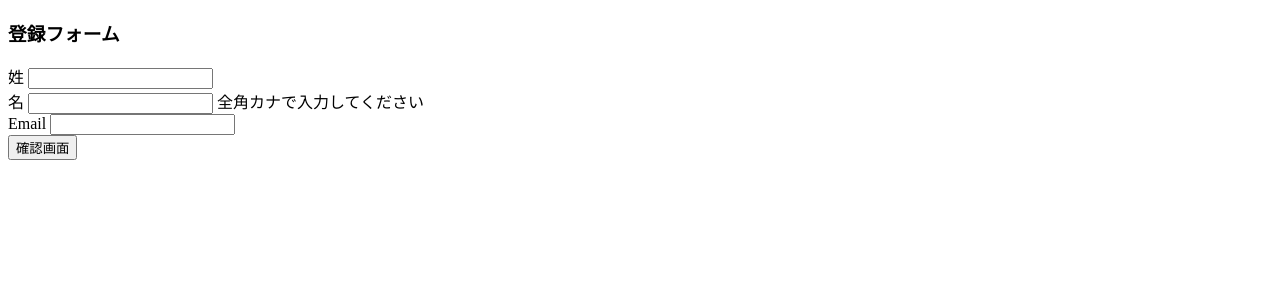
Repository: yoshiryoryo/phpform
Page: http://localhost/register.php
An editor plug-in stored every save of this project. The page is shown before and after a run of saves, followed by the edit.
The browser window is 1280 px wide. The pictures show the whole page.
The page is run by PHP 8.4 with error messages shown; the project is at /var/www/html/.

Above is the page before, as saved 2021-02-24 11:23:37.
Console error: SyntaxError: Identifier 'name_error_message' has already been declared

After the next 3 saves:
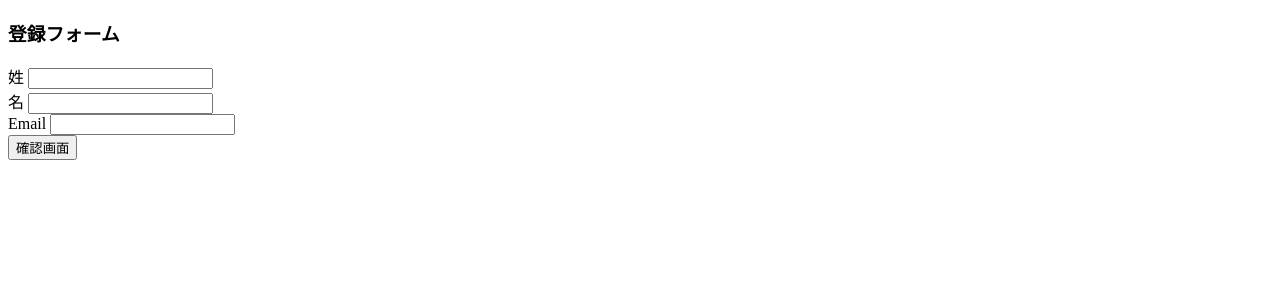
The 3 saves are shown as one change because they came seconds apart.
The last was saved 14 s later.
--- a/register.php
+++ b/register.php
@@ -18,6 +18,10 @@
 
         /* エラーメッセージの非表示 */
         #name_1-error-message {
+            display: none;
+        }
+
+        #name_2-error-message {
             display: none;
         }
 
